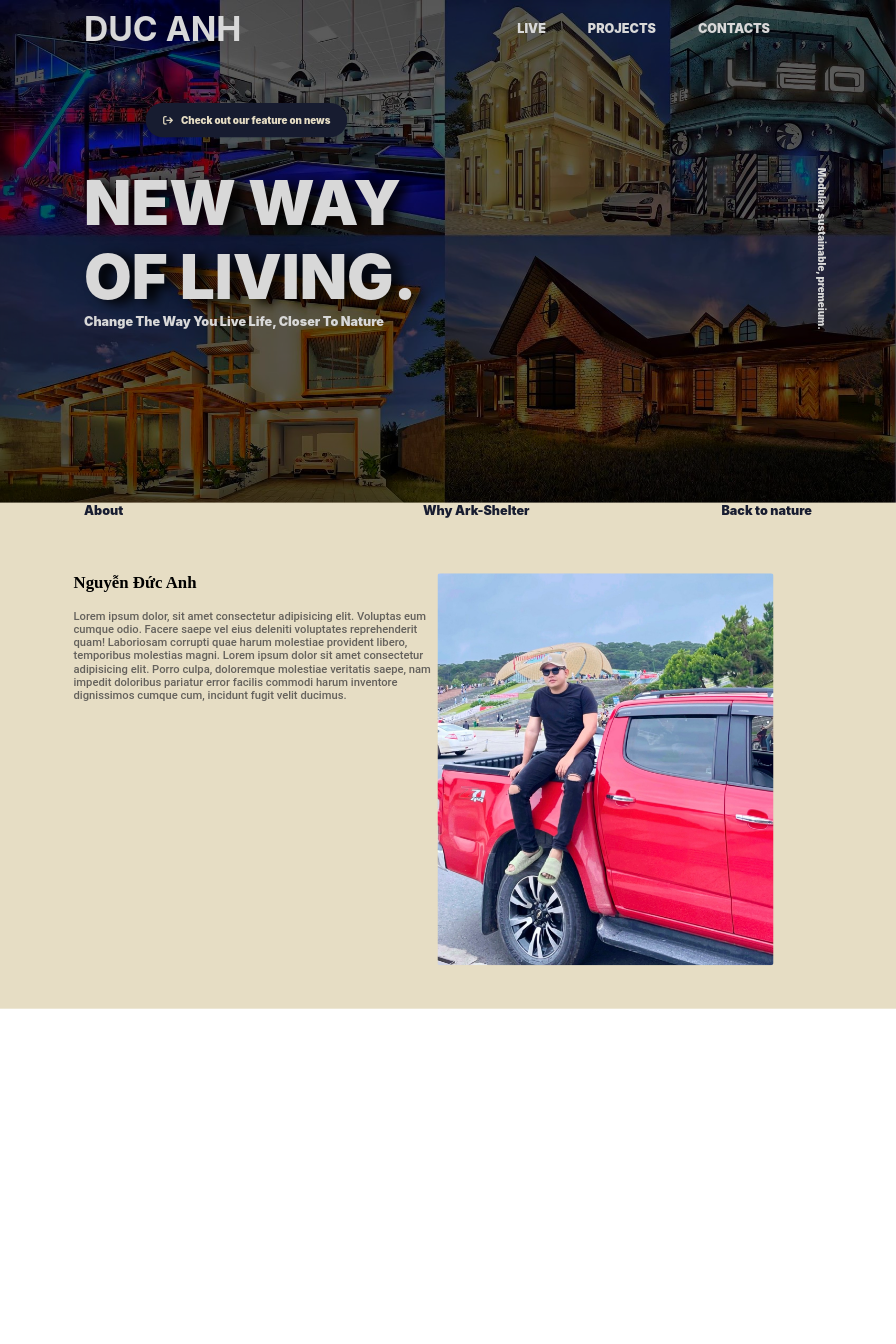
Repository: Ethanxcode/DucAnhNguyen
Page: index.html
These files come from the project's save history. The page is drawn as it stood at one moment and after the next save; the edit follows.
The browser window is 1280 px wide. The pictures show the part of the page from y = 0 to 1920 px (the page is 10000 px tall), at 70% of full size.

Above is the page before, as saved 2023-01-14 01:58:17.

### index.html
<!DOCTYPE html>
<html lang="en">
	<head>
		<meta charset="UTF-8" />
		<meta http-equiv="X-UA-Compatible" content="IE=edge" />
		<meta name="viewport" content="width=device-width, initial-scale=1.0" />
		<link rel="stylesheet" href="./style.css" />
		<link
			rel="stylesheet"
			href="https://cdnjs.cloudflare.com/ajax/libs/font-awesome/6.2.1/css/all.min.css"
		/>
		<!-- <link rel="stylesheet" type="text/css" href="/css/fonts.css" /> -->
		<title>DucAnhNguyen</title>
	</head>
	<body>
		<div id="root">
			<section class="container bgimage header">
				<div
					class="bg-image-holder"
					style="
						background-image: url(./Assets/241194850_2108411145980762_7904081432669109629_n.jpg);
					"
				></div>
				<nav class="navigation content-above">
					<ul class="headerMenu">
						<li>
							<a href=""><h2 class="textLogo">Duc Anh</h2></a>
						</li>
						<li class="subHeaderMenu">
							<ul>
								<li>
									<a href="#" class="inter-black-iron-16px">Live</a>
								</li>
								<li>
									<a href="#" class="inter-black-iron-16px">Projects</a>
								</li>
								<li>
									<a href="#" class="inter-black-iron-16px">Contacts</a>
								</li>
							</ul>
						</li>
					</ul>
				</nav>
				<nav class="heroSubNavigation">
					<button class="btn inter-black-almod-16px" style="margin-left: 88px">
						<i class="icon-margin-8px fa-solid fa-arrow-right-from-bracket"></i>
						Check out our feature on news
					</button>
					<h1 class="heroTitle">
						New way <br />
						of living.
					</h1>
					<p class="inter-black-iron-16px" style="text-transform: capitalize">
						change the way you live life, closer to nature
					</p>
					<p class="childrenSubNav">Modular, sustainable, premeium.</p>
				</nav>
			</section>

			<section class="AboutSection container content-above">
				<header class="HeaderSection">
					<ul class="HeaderSectionMenu">
						<li>
							<h4 class="inter-black-eerie-black-18px">About</h4>
						</li>
						<ul class="subSectionMenu">
							<li>
								<h4 class="inter-black-eerie-black-18px">Why Ark-Shelter</h4>
							</li>
							<li>
								<h4 class="inter-black-eerie-black-18px">Back to nature</h4>
							</li>
						</ul>
					</ul>
				</header>
				<div class="row Aboutcontent">
					<div class="col-half">
						<h1 class="">Nguyễn Đức Anh</h1>
						<p class="margin-top-24px inter-medium-tundora-16px">
							Lorem ipsum dolor, sit amet consectetur adipisicing elit. Voluptas
							eum cumque odio. Facere saepe vel eius deleniti voluptates
							reprehenderit quam! Laboriosam corrupti quae harum molestiae
							provident libero, temporibus molestias magni. Lorem ipsum dolor
							sit amet consectetur adipisicing elit. Porro culpa, doloremque
							molestiae veritatis saepe, nam impedit doloribus pariatur error
							facilis commodi harum inventore dignissimos cumque cum, incidunt
							fugit velit ducimus.
						</p>
					</div>
					<div class="col-half">
						<img
							src="./Assets/P1.jpg"
							alt=""
							style="
								height: 560px;
								width: 480px;
								object-fit: cover;
								border-radius: 4px;
							"
						/>
					</div>
				</div>
			</section>
		</div>
	</body>
</html>

### style.css
* {
	padding: 0;
	margin: 0;
	box-sizing: border-box;
}

html {
	height: 10000px;
}

:root {
	--custom-color-one: rgb(32, 45, 99, 01);
	--custom-color-two: rgb(232, 198, 113);
	--black: rgba(0, 0, 0, 1);
	--mirage: rgba(23, 28, 48, 1);
	--eerie-black: rgba(24, 29, 49, 1);
	--tundora-2: rgba(67, 66, 66, 0.8);
	--tundora: rgba(67, 66, 66, 0.8);
	--pablo: rgba(120, 113, 108, 1);
	--iron: rgba(216, 216, 216, 1);
	--almod: rgba(230, 221, 196, 1);

	--font-size-xxxs: 16px;
	--font-size-xxs: 18px;
	--font-size-xs: 22px;
	--font-size-s: 24px;
	--font-size-m: 28px;
	--font-size-l: 32px;
	--font-size-xl: 36px;
	--font-size-xxl: 48px;
	--font-size-xxxl: 128px;

	--font-family-inter: 'Inter';
	--font-family-roboto: 'Roboto';
}

.root {
	max-width: 1920px;
	max-height: 10000px;
}

.col {
	float: left;
	padding-left: 8px;
	padding-right: 8px;
}

.col-third {
	width: 33.33333%;
}

.col-half {
	width: 50%;
}

.col-full {
	width: 100%;
}

.col-sm-12 {
	position: relative;
	width: 100%;
	padding-right: 15px;
	padding-left: 15px;
}

.mt-8 {
	margin-top: 8px;
}

.mt-16 {
	margin-top: 16px;
}

.mt-32 {
	margin-top: 32px;
}

.row {
	display: flex;
	flex-wrap: wrap;
	width: 100%;
	margin-right: -15px;
	margin-left: -15px;
}

.first-sub-row {
	width: 100%;
	/* padding: 0 15px; */
	margin: 0 auto;
	flex: wrap;
	display: flex;
}

.second-sub-row {
	width: 100% !important;
	/* padding: 0 15px; */
	margin: 0 auto;
	justify-content: space-between;
}

/* Classes */
.inter-black-iron-16px {
	color: var(--iron);
	font-family: var(--font-family-inter);
	font-size: var(--font-size-xxs);
	font-weight: 900;
	font-style: normal;
	text-transform: uppercase;
	user-select: none;
}

.inter-black-iron-24px {
	color: var(--iron);
	font-family: var(--font-family-inter);
	font-size: var(--font-size-s);
	font-weight: 900;
	font-style: normal;
	user-select: none;
}

.inter-black-eerie-black-24px {
	color: var(--eerie-black);
	font-family: var(--font-family-inter);
	font-size: var(--font-size-s);
	font-weight: 900;
	font-style: normal;
}
.inter-black-eerie-black-18px {
	color: var(--eerie-black);
	font-family: var(--font-family-inter);
	font-size: 18px;
	font-weight: 900;
	font-style: normal;
}

.inter-black-eerie-black-16px {
	color: var(--eerie-black);
	font-family: var(--font-family-inter);
	font-size: 16px;
	font-weight: 900;
	font-style: normal;
}

.inter-medium-black-24px {
	color: var(--black);
	font-family: var(--font-family-inter);
	font-size: var(--font-size-s);
	font-weight: 500;
	font-style: normal;
}

.inter-medium-black-32px {
	color: var(--black);
	font-family: var(--font-family-inter);
	font-size: var(--font-size-l);
	font-weight: 500;
	font-style: normal;
}

.inter-medium-tundora-28px {
	color: var(--tundora);
	font-family: var(--font-family-roboto);
	font-size: var(--font-size-m);
	font-weight: 500;
	font-style: normal;
}

.inter-medium-tundora-16px {
	color: var(--tundora);
	font-family: var(--font-family-roboto);
	font-size: var(--font-size-xxxs);
	font-weight: 500;
	font-style: normal;
}
.inter-medium-tundora-18px {
	color: var(--tundora);
	font-family: var(--font-family-roboto);
	font-size: var(--font-size-xxs);
	font-weight: 500;
	font-style: normal;
}

.inter-medium-tundora-28px-2 {
	color: var(--tundora-2);
	font-family: var(--font-family-inter);
	font-size: var(--font-size-m);
	font-weight: 500;
	font-style: normal;
}

.inter-medium-tundora-28px-2 {
	color: var(--tundora);
	font-family: var(--font-family-inter);
	font-size: var(--font-size-m);
	font-weight: 500;
	font-style: normal;
}

.btn {
	text-decoration: none;
	padding: 16px 24px;
	margin: 0;
	background-color: var(--mirage);
	color: var(--almod);
	font-weight: 500;
	display: inline-block;
	box-shadow: 0 4px 30px rgb(0 0 0 / 10%);
	transition: 0.3s ease;
	border: none;
	/* position: relative; */
	text-align: center;
	border-radius: 100px;
	font-family: var(--font-family-inter);
	font-size: 14px;
	font-weight: 900;
	font-style: normal;
}
.icon-margin-8px {
	margin-right: 8px;
}
.btn:hover {
	background-color: rgba(11, 16, 41, 0.85);
	color: rgb(233, 200, 117);
	cursor: pointer;
}

.btn:hover:before {
	opacity: 0.07;
	visibility: visible;
}

.btn:hover {
	/* color: #212529; */
	text-decoration: none;
}

.btn--xs {
	line-height: 42px;
	padding: 0 19px;
	font-size: 15px;
	margin: 0px 8px;
}

.btn--news-xs {
	line-height: 36px;
	padding: 6px 20px;
	font-size: 15px;
}

.btn--news-xs > a {
	line-height: 36px;
	/* padding: 4px 16px; */
	font-size: 20px;
	color: #fff;
	font-weight: 400;
}

.news-btn {
	margin-top: 16px;
}

.btn-form--xs {
	line-height: 36px;
	padding: 0 19px;
	font-size: 15px;
}

.btn--lg,
.btn-lg {
	line-height: 55px;
	font-size: 16px;
	min-width: 195px;
}

.heroTitle {
	color: var(--iron);
	font-family: var(--font-family-inter);
	font-size: 88px;
	font-weight: 900;
	letter-spacing: 0;
	line-height: normal;
	margin-top: 40px;
	min-height: 150px;
	text-transform: uppercase;
	/* width: 752px; */
	text-shadow: 14px 4px 16px #000;
	user-select: none;
}

.textLogo {
	text-transform: uppercase;
	color: var(--iron);
	font-family: var(--font-family-inter);
	font-size: var(--font-size-xxl);
	font-weight: 900px;
	letter-spacing: 0;
	line-height: normal;
	/* min-height: 94px; */
	/* min-width: 334px; */
	user-select: none;
}

.container {
	width: 100%;
	padding-right: 120px;
	padding-left: 120px;
	margin-right: auto;
	margin-left: auto;
}

.content-above {
	position: relative;
	z-index: 2;
	user-select: none;
}

.bg-image-holder {
	position: absolute;
	height: 100%;
	width: 100%;
	top: 0;
	left: 0;
	background-size: cover;
	/* background-position: 50% 50% !important; */
	z-index: 0;
	filter: brightness(36%) contrast(100%) saturate(180%);
	box-shadow: inset 0px -36px 100px rgba(0, 0, 0, 0.25);
	-webkit-backdrop-filter: brightness(36%) contrast(100%) saturate(180%);
	/* scale: (5px); */
	/* -webkit-transition: opacity 0.3s linear; */
}

.navigation {
	margin-bottom: 64px;
}

.heroSubNavigation {
	width: 100%;
	position: relative;
}

/* .navigation .subNavigation {
	display: table;
	vertical-align: middle;
	text-align: center;
	width: 100%;
	height: 100%;
} */

.childrenSubNav {
	color: var(--iron);
	font-family: var(--font-family-inter);
	font-size: 14px;
	font-weight: 900;
	position: absolute;
	/* margin-bottom: 61px; */
	margin-right: -130px;
	/* min-height: 27px; */
	/* min-width: 360px; */
	transform: rotate(90deg);
	/* position: relative; */
	right: 0;
	top: 62%;
}

.hero-area .hero-content .content-wrapper {
	display: table-cell;
	vertical-align: middle;
}

.headerMenu {
	align-items: center;
	display: flex;
	justify-content: space-between;
}

.headerMenu > li {
	display: inline-block;
	/* padding: 12px 0; */
	/* margin-right: 30px; */
	list-style: none;
}

a {
	text-decoration: none;
}

li {
	list-style: none;
}

.subHeaderMenu > ul {
	flex-direction: row;
	display: flex;
}

.subHeaderMenu > ul > li {
	list-style: none;
	line-height: 34px;
	margin-right: 60px;
	padding: 24px 0;
}

subHeaderMenu > ul > li > a {
	/* gap: 0.5em; */
	text-decoration: none;
}

.subHeaderMenu > ul > li > a:hover {
	cursor: pointer;
	gap: 0.5em;
	color: var(--pablo);
	/* background-color: #fffd; */
	/* backdrop-filter: blur(10px) saturate(160%) contrast(180%); */
}

.header {
	height: 678px;
}

.AboutSection {
	background-color: var(--almod);
	height: 723px;
	/* position: relative; */
	width: 100%;
}

.margin-top-16px {
	margin-top: 16px;
}
.margin-top-24px {
	margin-top: 24px;
}
.margin-top-32px {
	margin-top: 320px;
}
.margin-top-48px {
	margin-top: 48px;
}
.margin-top-64px {
	margin-top: 64px;
}

.bgimage:before {
	z-index: 1;
}

.AboutSection {
	/* display: flex; */
	/* width: 100%; */
}

.HeaderSection {
}

.HeaderSectionMenu {
	margin-top: 40px;
	align-items: center;
	display: flex;
	justify-content: space-between;
}

.subSectionMenu {
	align-items: center;
	display: flex;

	justify-content: space-around;
}
.subSectionMenu > li:first-child {
	margin-right: 274px;
}

.HeaderSectionMenu > li {
}

.Aboutcontent {
	justify-content: center;
	margin-top: 80px;
}

After the next save:
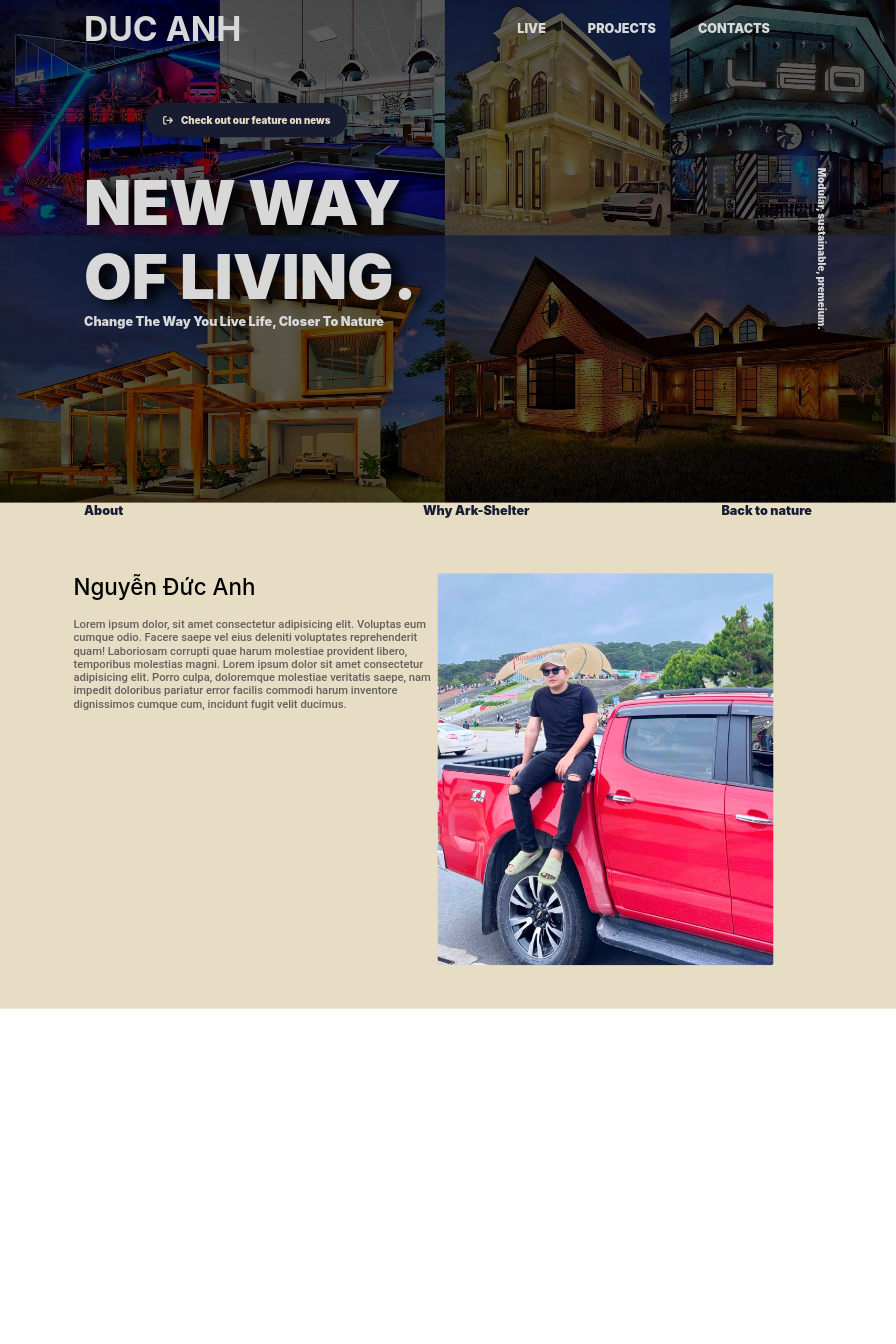
Saved 50 s later.
--- a/index.html
+++ b/index.html
@@ -75,7 +75,7 @@
 				</header>
 				<div class="row Aboutcontent">
 					<div class="col-half">
-						<h1 class="">Nguyễn Đức Anh</h1>
+						<h1 class="nameTitle">Nguyễn Đức Anh</h1>
 						<p class="margin-top-24px inter-medium-tundora-16px">
 							Lorem ipsum dolor, sit amet consectetur adipisicing elit. Voluptas
 							eum cumque odio. Facere saepe vel eius deleniti voluptates
--- a/style.css
+++ b/style.css
@@ -478,3 +478,11 @@ subHeaderMenu > ul > li > a {
 	justify-content: center;
 	margin-top: 80px;
 }
+
+.nameTitle {
+	color: var(--black);
+	font-family: var(--font-family-inter);
+	font-size: var(--font-size-l);
+	font-weight: 500;
+	font-style: normal;
+}
